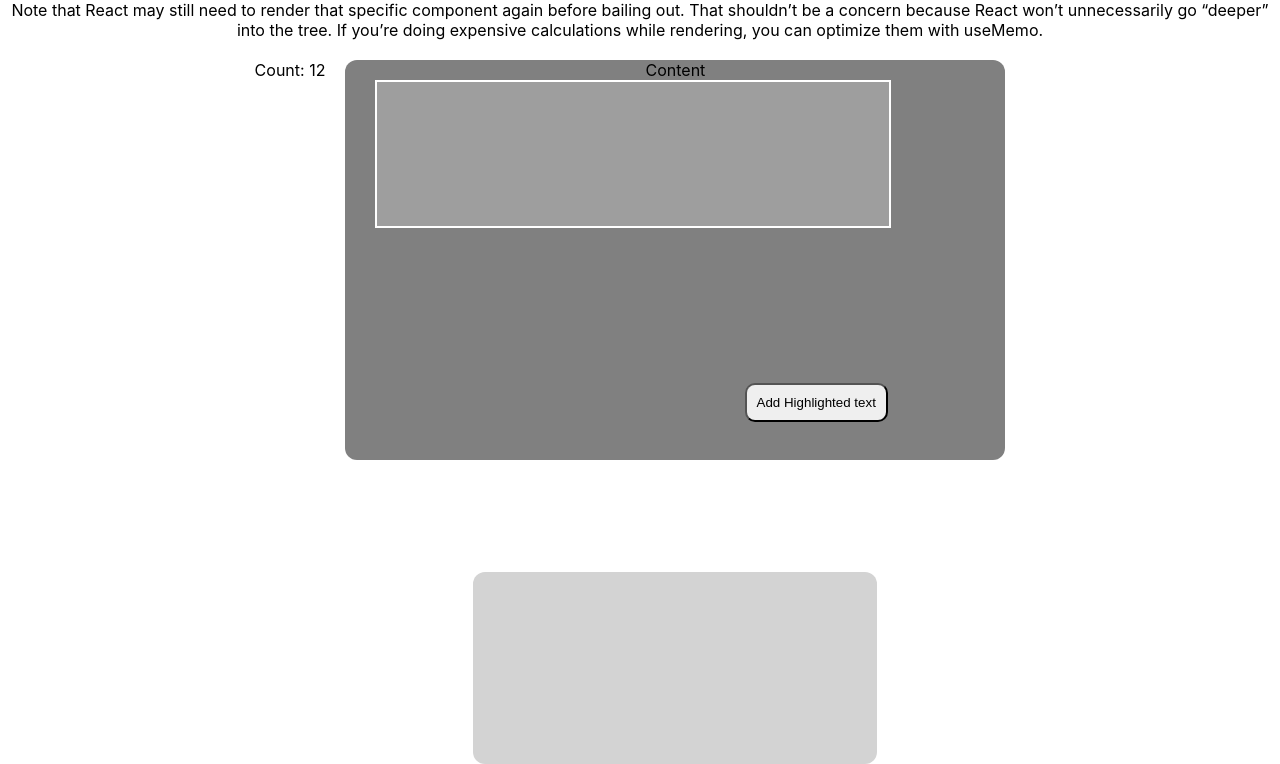
Repository: Farbod29/React-text-highlighter-with-hook-
Page: /
An editor plug-in stored every save of this project. The page is shown before and after the next save, followed by the edit.
The browser window is 1280 px wide. The pictures show the whole page.
Pictures or frames that could not be fetched are drawn as grey boxes. The project was rebuilt for these pictures with package versions that can differ from the ones it lists, and the page was loaded fresh each time.

Above is the page before, as saved 2022-02-18 22:01:43.

After the next save:
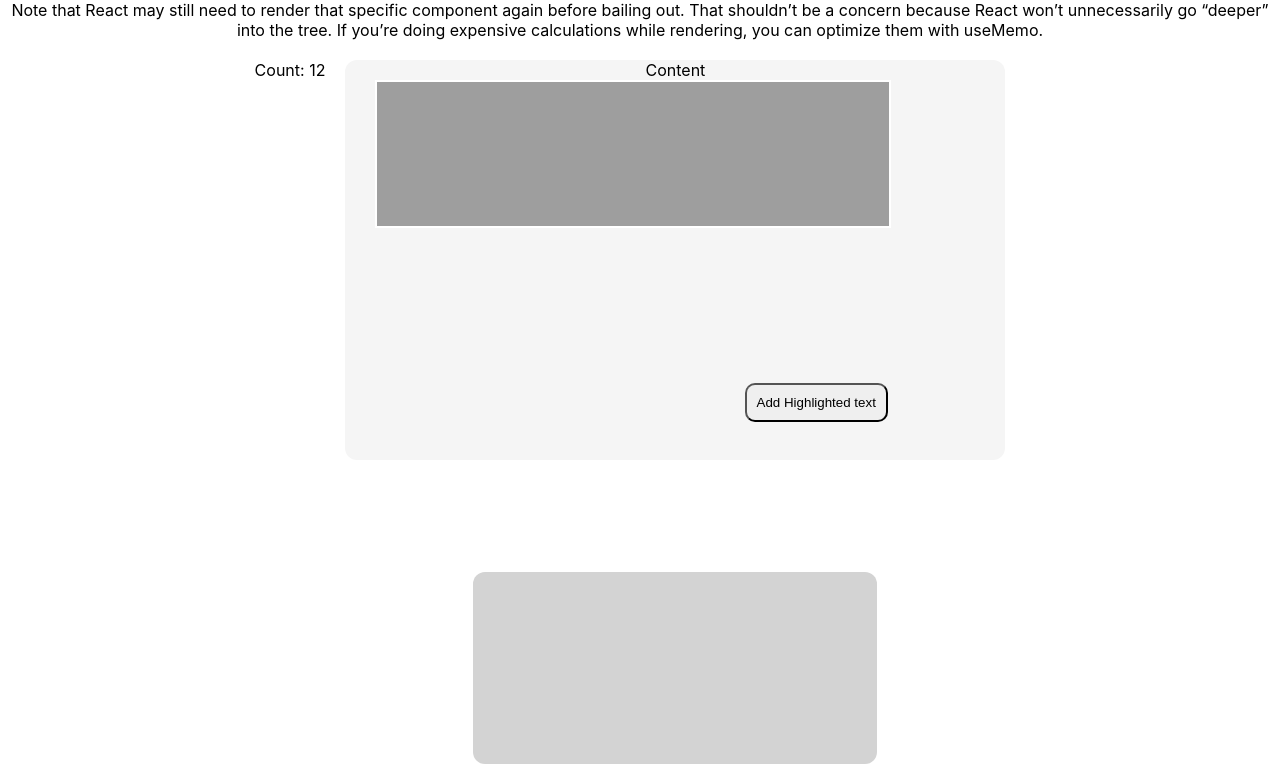
Saved 39 s later.
--- a/src/highlighter.js
+++ b/src/highlighter.js
@@ -25,7 +25,7 @@ export default function Highlighter() {
           width: '50vw',
           margin: '20px',
           borderRadius: '12px',
-          backgroundColor: 'gray',
+          backgroundColor: '#F5F5F5',
           inline: true,
           fontColor: 'red',
           display: 'inline-block',
